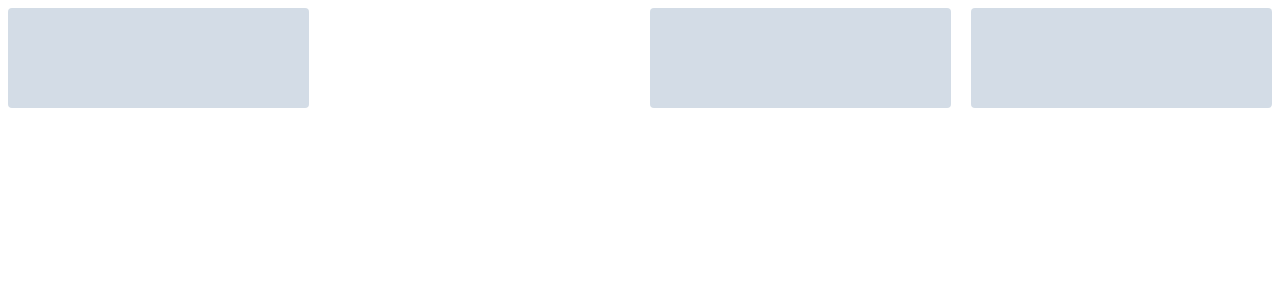
Repository: lagezhou888/element-vue2
Page: /#/button
The author's editor kept a copy of each file at every save. The page is drawn from the files as they stood at one save, then again after the next save.
The browser window is 1280 px wide. The page is 1282 px wide, so the pictures cover 1282 px, including what lies to the right of the window. The pictures show the whole page.
The project was rebuilt for these pictures with package versions that can differ from the ones it lists, and the page was loaded fresh each time. Also part of the build but not shown: src/components/HelloWorld.vue, src/views/Home.vue.

Above is the page before, as saved 2021-05-13 11:10:37.

### src/main.js
import Vue from 'vue'
import ElementUI from 'element-ui'
import 'element-ui/lib/theme-chalk/index.css'
import App from './App.vue'

// fade/zoom 等
import 'element-ui/lib/theme-chalk/base.css'
// collapse 展开折叠
import CollapseTransition from 'element-ui/lib/transitions/collapse-transition'

import router from './router'
import store from './store'
import '@/plugins/element.js'

Vue.component(CollapseTransition.name, CollapseTransition)
Vue.use(ElementUI, { size: 'small', zIndex: 3000 })
Vue.use(ElementUI)
Vue.config.productionTip = false

new Vue({
  router,
  store,
  render: h => h(App)
}).$mount('#app')

### src/App.vue
<template>
  <div id="app">
    <!-- <div id="nav">
      <router-link to="/">Home</router-link> |
      <router-link to="/about">About</router-link>
    </div> -->
    <router-view/>
  </div>
</template>

<style lang="less">
#app {
  font-family: Avenir, Helvetica, Arial, sans-serif;
  -webkit-font-smoothing: antialiased;
  -moz-osx-font-smoothing: grayscale;
  text-align: center;
  color: #2c3e50;
}

#nav {
  padding: 30px;

  a {
    font-weight: bold;
    color: #2c3e50;

    &.router-link-exact-active {
      color: #42b983;
    }
  }
}
</style>

### src/router/index.js
import Vue from 'vue'
import VueRouter from 'vue-router'
import Home from '../views/Home.vue'

Vue.use(VueRouter)

const routes = [
  {
    path: '/',
    name: 'Home',
    component: Home
  },
  {
    path: '/about',
    name: 'About',
    // route level code-splitting
    // this generates a separate chunk (about.[hash].js) for this route
    // which is lazy-loaded when the route is visited.
    component: () => import(/* webpackChunkName: "about" */ '../views/About.vue')
  },
  {
    path: '/button',
    name: 'button',
    component: () => import('../views/components/use-button.vue')
  }
]

const router = new VueRouter({
  routes
})

export default router

### src/plugins/element.js
import Vue from 'vue'
import {
  Pagination,
  Dialog,
  Autocomplete,
  Dropdown,
  DropdownMenu,
  DropdownItem,
  Menu,
  Submenu,
  MenuItem,
  MenuItemGroup,
  Input,
  InputNumber,
  Radio,
  RadioGroup,
  RadioButton,
  Checkbox,
  CheckboxButton,
  CheckboxGroup,
  Switch,
  Select,
  Option,
  OptionGroup,
  Button,
  ButtonGroup,
  Table,
  TableColumn,
  DatePicker,
  TimeSelect,
  TimePicker,
  Popover,
  Tooltip,
  Breadcrumb,
  BreadcrumbItem,
  Form,
  FormItem,
  Tabs,
  TabPane,
  Tag,
  Tree,
  Alert,
  Slider,
  Icon,
  Row,
  Col,
  Upload,
  Progress,
  Spinner,
  Badge,
  Card,
  Rate,
  Steps,
  Step,
  Carousel,
  CarouselItem,
  Collapse,
  CollapseItem,
  Cascader,
  ColorPicker,
  Transfer,
  Container,
  Header,
  Aside,
  Main,
  Footer,
  Timeline,
  TimelineItem,
  Link,
  Divider,
  Image,
  Calendar,
  Backtop,
  PageHeader,
  CascaderPanel,
  Loading,
  MessageBox,
  Message,
  Notification
} from 'element-ui'

Vue.use(Pagination)
Vue.use(Dialog)
Vue.use(Autocomplete)
Vue.use(Dropdown)
Vue.use(DropdownMenu)
Vue.use(DropdownItem)
Vue.use(Menu)
Vue.use(Submenu)
Vue.use(MenuItem)
Vue.use(MenuItemGroup)
Vue.use(Input)
Vue.use(InputNumber)
Vue.use(Radio)
Vue.use(RadioGroup)
Vue.use(RadioButton)
Vue.use(Checkbox)
Vue.use(CheckboxButton)
Vue.use(CheckboxGroup)
Vue.use(Switch)
Vue.use(Select)
Vue.use(Option)
Vue.use(OptionGroup)
Vue.use(Button)
Vue.use(ButtonGroup)
Vue.use(Table)
Vue.use(TableColumn)
Vue.use(DatePicker)
Vue.use(TimeSelect)
Vue.use(TimePicker)
Vue.use(Popover)
Vue.use(Tooltip)
Vue.use(Breadcrumb)
Vue.use(BreadcrumbItem)
Vue.use(Form)
Vue.use(FormItem)
Vue.use(Tabs)
Vue.use(TabPane)
Vue.use(Tag)
Vue.use(Tree)
Vue.use(Alert)
Vue.use(Slider)
Vue.use(Icon)
Vue.use(Row)
Vue.use(Col)
Vue.use(Upload)
Vue.use(Progress)
Vue.use(Spinner)
Vue.use(Badge)
Vue.use(Card)
Vue.use(Rate)
Vue.use(Steps)
Vue.use(Step)
Vue.use(Carousel)
Vue.use(CarouselItem)
Vue.use(Collapse)
Vue.use(CollapseItem)
Vue.use(Cascader)
Vue.use(ColorPicker)
Vue.use(Transfer)
Vue.use(Container)
Vue.use(Header)
Vue.use(Aside)
Vue.use(Main)
Vue.use(Footer)
Vue.use(Timeline)
Vue.use(TimelineItem)
Vue.use(Link)
Vue.use(Divider)
Vue.use(Image)
Vue.use(Calendar)
Vue.use(Backtop)
Vue.use(PageHeader)
Vue.use(CascaderPanel)

Vue.use(Loading.directive)

Vue.prototype.$loading = Loading.service
Vue.prototype.$msgbox = MessageBox
Vue.prototype.$alert = MessageBox.alert
Vue.prototype.$confirm = MessageBox.confirm
Vue.prototype.$prompt = MessageBox.prompt
Vue.prototype.$notify = Notification
Vue.prototype.$message = Message

### src/views/components/use-button.vue
<template>
  <div>
    <el-row :gutter="20" tag="测试1" type="flex" align="moddle" justify="start">
      <el-col :span="6"><div class="grid-content bg-purple"></div></el-col>
      <el-col :span="6"><div class="kong">&nbsp;</div></el-col>
      <el-col :span="6"><div class="grid-content bg-purple"></div></el-col>
      <el-col :span="6"><div class="grid-content bg-purple"></div></el-col>
    </el-row>
  </div>
</template>

<script>
export default ({

})
</script>

<style lang="less" scoped>
  @minH: 100px;
  .bg-purple {
    background: #d3dce6;
  }
  .grid-content {
    border-radius: 4px;
    min-height: @minH;
  }
  .kong {
    min-height: 1px;
  }
</style>

Loaded but not shown: public/index.html (common file); src/store/index.js (common file)

After the next save:
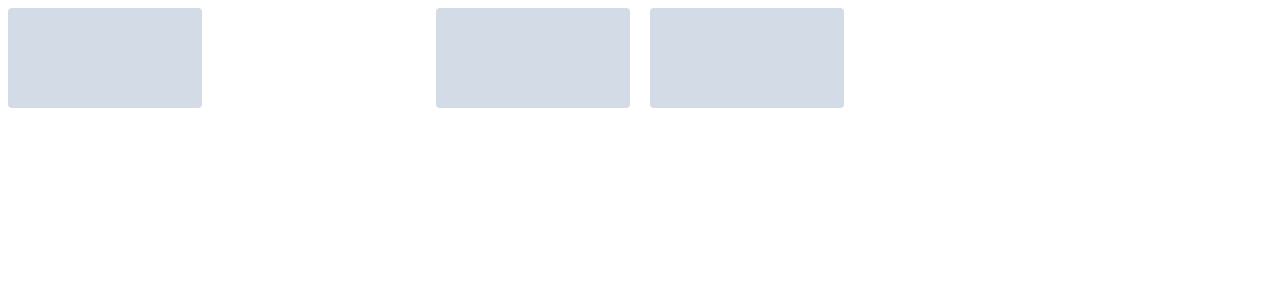
Saved 2 min 59 s later.
--- a/src/views/components/use-button.vue
+++ b/src/views/components/use-button.vue
@@ -1,10 +1,10 @@
 <template>
   <div>
     <el-row :gutter="20" tag="测试1" type="flex" align="moddle" justify="start">
-      <el-col :span="6"><div class="grid-content bg-purple"></div></el-col>
-      <el-col :span="6"><div class="kong">&nbsp;</div></el-col>
-      <el-col :span="6"><div class="grid-content bg-purple"></div></el-col>
-      <el-col :span="6"><div class="grid-content bg-purple"></div></el-col>
+      <el-col :span="4"><div class="grid-content bg-purple"></div></el-col>
+      <el-col :span="4"><div class="kong">&nbsp;</div></el-col>
+      <el-col :span="4"><div class="grid-content bg-purple"></div></el-col>
+      <el-col :span="4"><div class="grid-content bg-purple"></div></el-col>
     </el-row>
   </div>
 </template>
